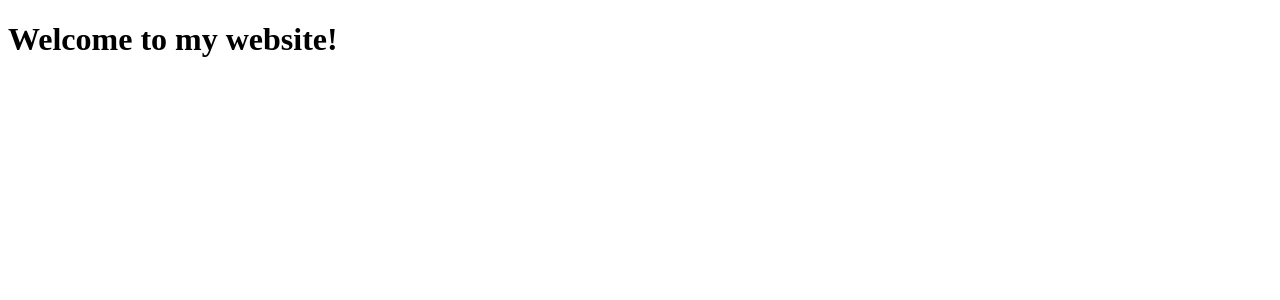
Repository: sandyc4136/Java_Servlet-JSP
Page: MyWebApp/src/main/webapp/index.html
An editor plug-in stored every save of this project. The page is shown before and after the next save, followed by the edit.
The browser window is 1280 px wide. The pictures show the whole page.

Above is the page before, as saved 2023-12-15 21:58:49.

After the next save:
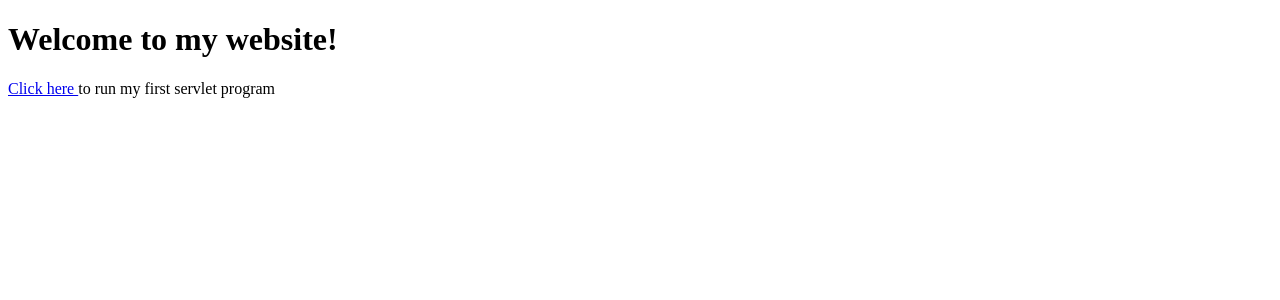
Saved 6 min 14 s later.
--- a/MyWebApp/src/main/webapp/index.html
+++ b/MyWebApp/src/main/webapp/index.html
@@ -6,5 +6,6 @@
 </head>
 <body>
 <h1>Welcome to my website!</h1>
+<a href="Hello.cdac">Click here </a>to run my first servlet program
 </body>
 </html>
